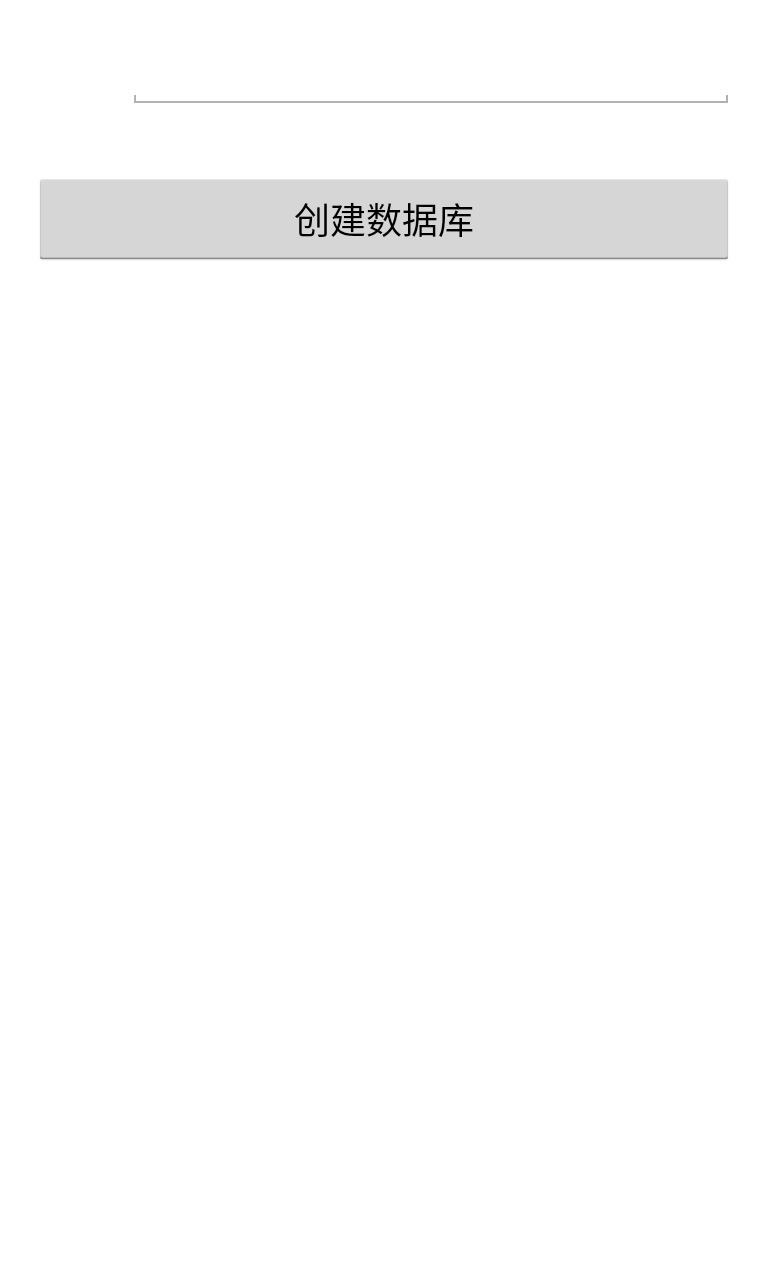
Repository: moetmd/learning-Android
Layout: SQLite/res/layout/activity_main.xml
These files come from the project's save history. The layout is drawn as it stood at one moment and after the next save; the edit follows.
It is drawn on a 768 x 1280 px phone screen (xhdpi) without system bars, with theme AppTheme; the app's code is not run.

Above is the layout before, as saved 2014-11-18 08:51:38.

After the next save:
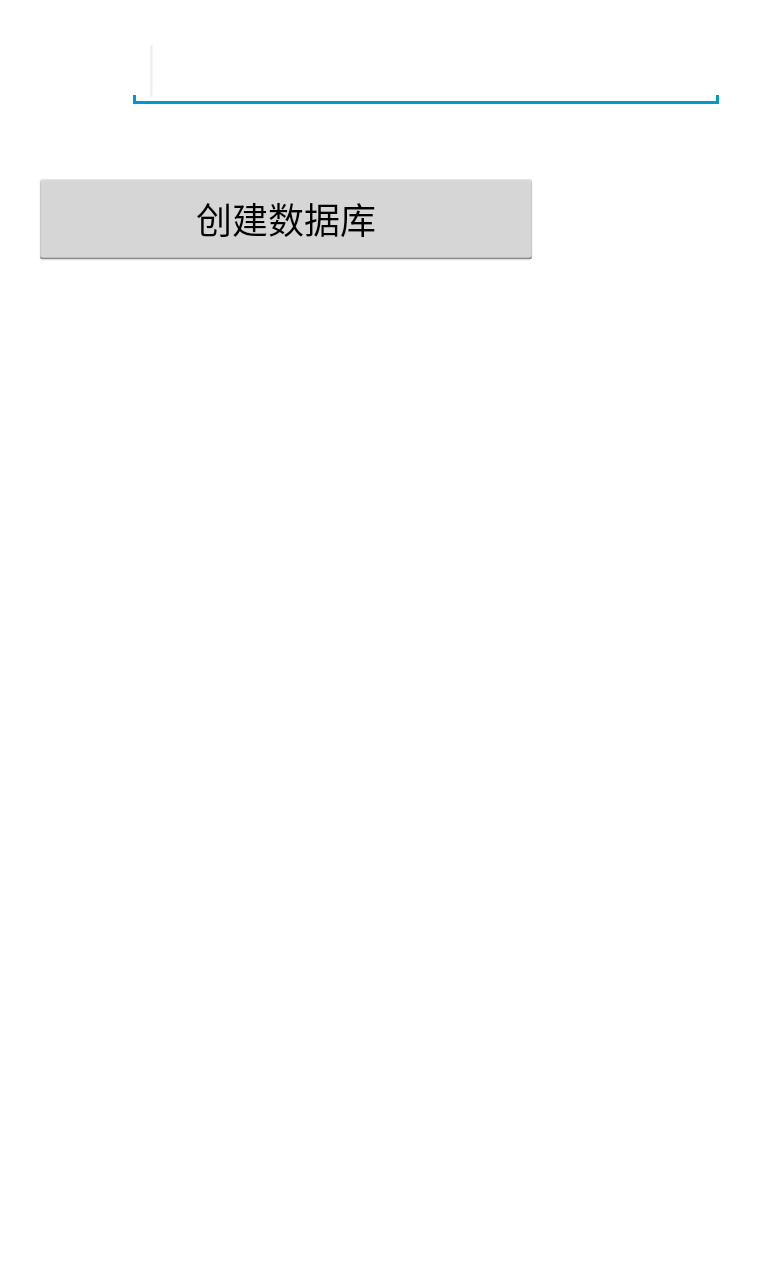
Saved 40 s later.
--- a/SQLite/res/layout/activity_main.xml
+++ b/SQLite/res/layout/activity_main.xml
@@ -12,25 +12,26 @@
         android:id="@+id/linearLayout1"
         android:layout_width="fill_parent"
         android:layout_height="fill_parent"
-        android:layout_alignParentLeft="true"
-        android:layout_alignParentTop="true"
+        android:layout_alignParentRight="true"
+        android:layout_centerVertical="true"
         android:orientation="vertical" >
 
         <EditText
             android:id="@+id/et_dbname"
-            android:layout_width="fill_parent"
+            android:layout_width="300dp"
             android:layout_height="wrap_content"
             android:layout_marginLeft="47dp"
-            android:ems="10" />
+            android:ems="10" >
+
+            <requestFocus />
+        </EditText>
 
         <Button
             android:id="@+id/bt_createdb"
-            android:layout_width="fill_parent"
+            android:layout_width="254dp"
             android:layout_height="wrap_content"
             android:layout_marginTop="30dp"
             android:text="创建数据库" />
-
     </LinearLayout>
 
-
 </RelativeLayout>
